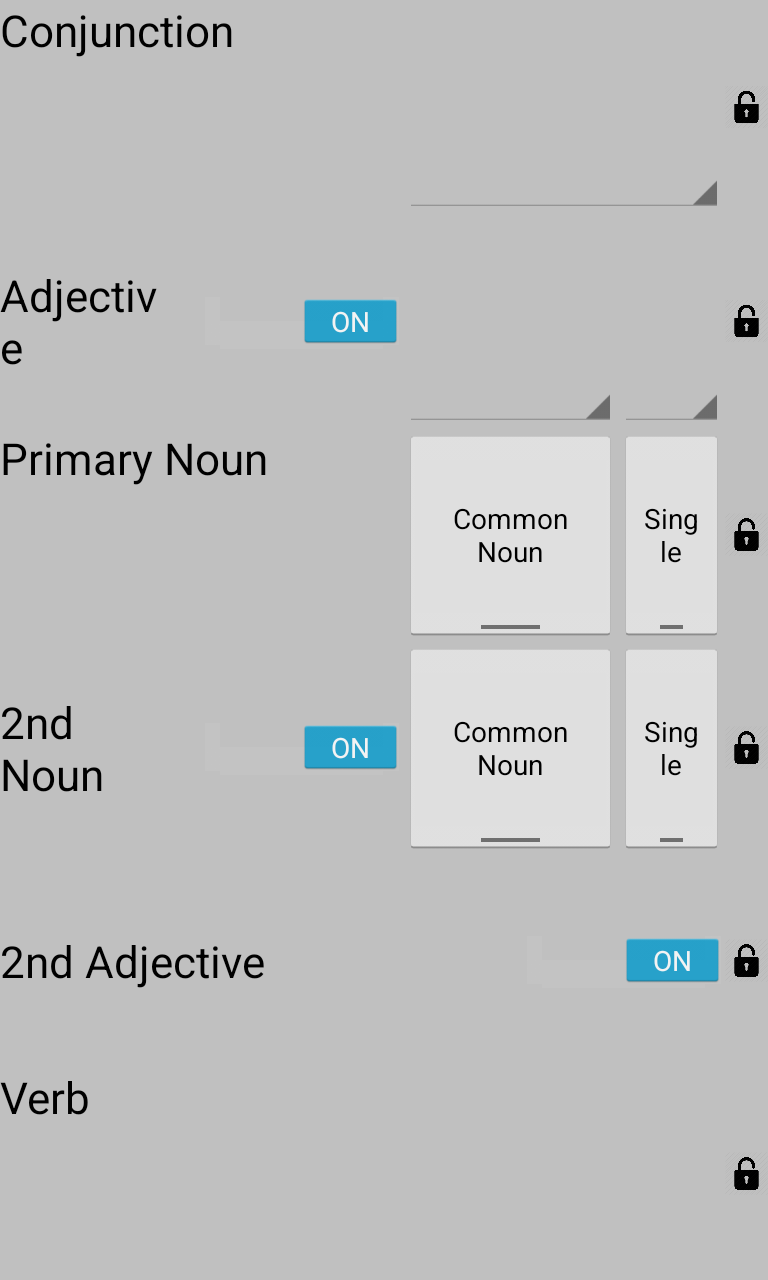
Repository: TheDizzler/TableTopTools
Layout: RPGTools/res/layout/fragment_cause_controls.xml
An editor plug-in stored every save of this project. The layout is shown before and after the next save, followed by the edit.
It is drawn on a 768 x 1280 px phone screen (xhdpi) without system bars, with theme AppTheme; the app's code is not run.

Above is the layout before, as saved 2017-03-22 09:34:31.

### RPGTools/res/layout/fragment_cause_controls.xml
<?xml version="1.0" encoding="utf-8"?>
<TableLayout xmlns:android="http://schemas.android.com/apk/res/android"
    android:layout_width="match_parent"
    android:layout_height="match_parent"
    android:background="#C0C0C0"
    android:dividerPadding="10dp"
    android:measureWithLargestChild="true"
    android:orientation="vertical"
    android:showDividers="beginning"
    android:weightSum="6" >

    <TableRow
        android:id="@+id/tableRow1_conjunction"
        android:layout_width="match_parent"
        android:layout_height="wrap_content"
        android:layout_weight="1"
        android:dividerPadding="10dp"
        android:showDividers="beginning"
        android:weightSum="4" >

        <TextView
            android:id="@+id/textView1"
            android:layout_width="wrap_content"
            android:layout_height="match_parent"
            android:layout_span="1"
            android:layout_weight="1"
            android:text="Conjunction"
            android:textAppearance="?android:attr/textAppearanceLarge" />

        <Spinner
            android:id="@+id/spinner_Conjunctions"
            android:layout_width="wrap_content"
            android:layout_height="match_parent"
            android:layout_span="2"
            android:layout_weight="1" />

        <ImageView
            android:id="@+id/lockBtn_conj"
            android:layout_width="32dp"
            android:layout_height="match_parent"
            android:layout_span="1"
            android:layout_weight="1"
            android:src="@drawable/unlocked" />
    </TableRow>

    <TableRow
        android:id="@+id/tableRow2_primaryAdj"
        android:layout_width="match_parent"
        android:layout_height="wrap_content"
        android:layout_weight="1"
        android:weightSum="4" >

        <Switch
            android:id="@+id/switch_primaryAdjective"
            android:layout_width="wrap_content"
            android:layout_height="match_parent"
            android:layout_span="1"
            android:layout_weight="1"
            android:checked="true"
            android:text="Adjective"
            android:textAppearance="?android:attr/textAppearanceLarge" />

        <Spinner
            android:id="@+id/spinner1"
            android:layout_width="wrap_content"
            android:layout_height="match_parent"
            android:layout_span="1"
            android:layout_weight="1"/>
        <Spinner
            android:id="@+id/spinner2"
            android:layout_width="wrap_content"
            android:layout_height="match_parent"
            android:layout_span="1"
            android:layout_weight="1" />

        <ImageView
            android:id="@+id/lockBtn_primaryAdj"
            android:layout_width="32dp"
            android:layout_height="match_parent"
            android:layout_span="1"
            android:layout_weight="1"
            android:src="@drawable/unlocked" />
    </TableRow>

    <TableRow
        android:id="@+id/tableRow3_primaryNoun"
        android:layout_width="match_parent"
        android:layout_height="wrap_content"
        android:layout_weight="1"
        android:weightSum="4" >

        <TextView
            android:id="@+id/textView3"
            android:layout_width="wrap_content"
            android:layout_height="match_parent"
            android:layout_span="1"
            android:layout_weight="1"
            android:text="Primary Noun"
            android:textAppearance="?android:attr/textAppearanceLarge" />

        <ToggleButton
            android:id="@+id/toggleBtn_primaryNounProper"
            android:layout_width="wrap_content"
            android:layout_height="match_parent"
            android:layout_span="1"
            android:layout_weight="1"
            android:textOff="Common Noun"
            android:textOn="Proper Noun" />

        <ToggleButton
            android:id="@+id/toggleBtn_primaryNounPlural"
            android:layout_width="wrap_content"
            android:layout_height="match_parent"
            android:layout_span="1"
            android:layout_weight="1"
            android:textOff="Single"
            android:textOn="Plural" />

        <ImageView
            android:id="@+id/lockBtn_primaryNoun"
            android:layout_width="32dp"
            android:layout_height="match_parent"
            android:layout_span="1"
            android:layout_weight="1"
            android:src="@drawable/unlocked" />
    </TableRow>

    <TableRow
        android:id="@+id/tableRow4_secondaryNoun"
        android:layout_width="match_parent"
        android:layout_height="wrap_content"
        android:layout_weight="1"
        android:weightSum="4" >

        <Switch
            android:id="@+id/switch_secondaryNoun"
            android:layout_width="wrap_content"
            android:layout_height="match_parent"
            android:layout_span="1"
            android:layout_weight="1"
            android:checked="true"
            android:text="2nd Noun"
            android:textAppearance="?android:attr/textAppearanceLarge" />

        <ToggleButton
            android:id="@+id/toggleBtn_secondaryNounProper"
            android:layout_width="wrap_content"
            android:layout_height="match_parent"
            android:layout_span="1"
            android:layout_weight="1"
            android:textOff="Common Noun"
            android:textOn="Proper Noun" />

        <ToggleButton
            android:id="@+id/toggleBtn_secondaryNounPlural"
            android:layout_width="wrap_content"
            android:layout_height="match_parent"
            android:layout_span="1"
            android:layout_weight="1"
            android:textOff="Single"
            android:textOn="Plural" />

        <ImageView
            android:id="@+id/lockBtn_secondaryNoun"
            android:layout_width="32dp"
            android:layout_height="match_parent"
            android:layout_span="1"
            android:layout_weight="1"
            android:src="@drawable/unlocked" />
    </TableRow>

    <TableRow
        android:id="@+id/tableRow5_secondaryAdj"
        android:layout_width="match_parent"
        android:layout_height="wrap_content"
        android:layout_weight="1"
        android:weightSum="4" >

        <Switch
            android:id="@+id/switch_secondaryAdjective"
            android:layout_width="wrap_content"
            android:layout_height="match_parent"
            android:layout_span="3"
            android:layout_weight="1"
            android:checked="true"
            android:text="2nd Adjective"
            android:textAppearance="?android:attr/textAppearanceLarge" />

        <ImageView
            android:id="@+id/lockBtn_secondaryAdjective"
            android:layout_width="32dp"
            android:layout_height="match_parent"
            android:layout_span="1"
            android:layout_weight="1"
            android:src="@drawable/unlocked" />
    </TableRow>

    <TableRow
        android:id="@+id/tableRow6_causeVerb"
        android:layout_width="match_parent"
        android:layout_height="wrap_content"
        android:layout_weight="1"
        android:weightSum="4" >

        <TextView
            android:id="@+id/textView_causeVerb"
            android:layout_width="wrap_content"
            android:layout_height="match_parent"
            android:layout_span="3"
            android:layout_weight="1"
            android:text="Verb"
            android:textAppearance="?android:attr/textAppearanceLarge" />

        <ImageView
            android:id="@+id/lockBtn_causeVerb"
            android:layout_width="32dp"
            android:layout_height="match_parent"
            android:layout_span="1"
            android:layout_weight="1"
            android:src="@drawable/unlocked" />
    </TableRow>

</TableLayout>

Loaded but not shown: RPGTools/res/values/styles.xml (common file); RPGTools/res/values-v11/styles.xml (common file); RPGTools/res/values-v14/styles.xml (common file)

After the next save:
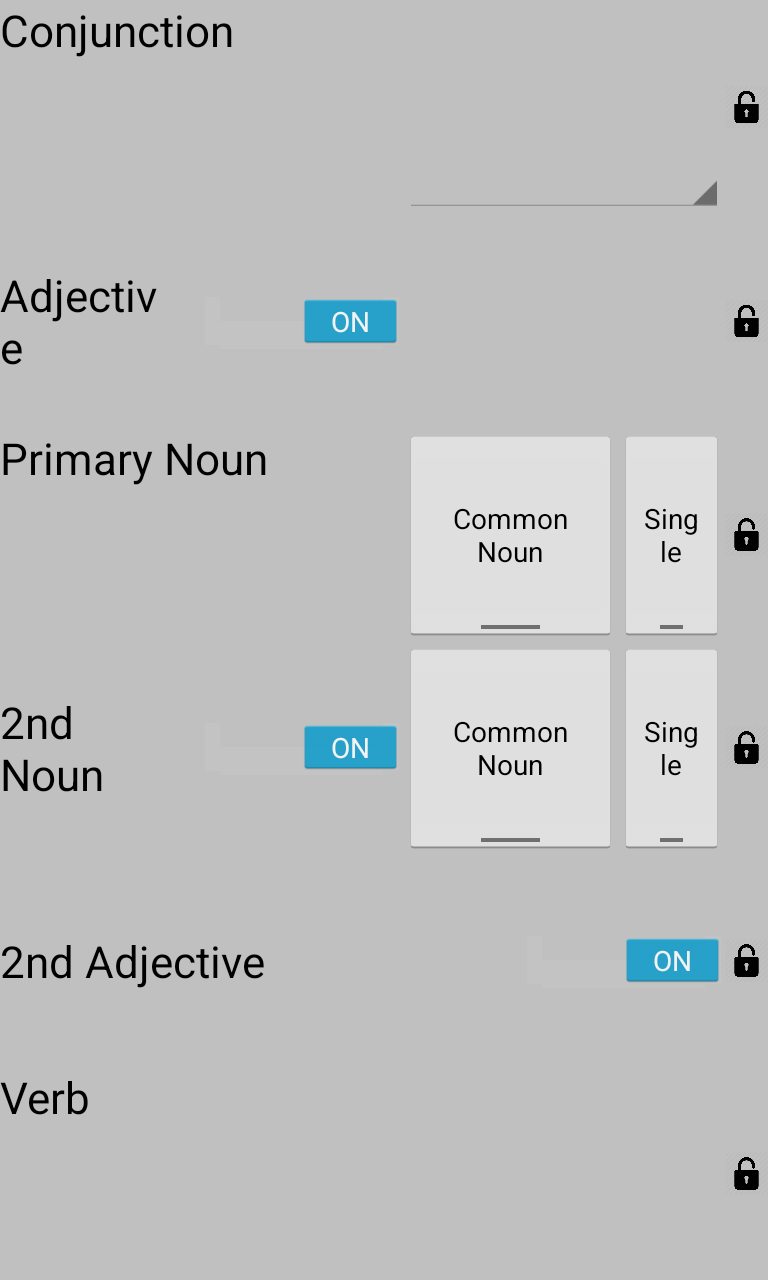
Saved 39 s later.
--- a/RPGTools/res/layout/fragment_cause_controls.xml
+++ b/RPGTools/res/layout/fragment_cause_controls.xml
@@ -64,12 +64,14 @@
             android:id="@+id/spinner1"
             android:layout_width="wrap_content"
             android:layout_height="match_parent"
+            android:visibility="invisible"
             android:layout_span="1"
             android:layout_weight="1"/>
         <Spinner
             android:id="@+id/spinner2"
             android:layout_width="wrap_content"
             android:layout_height="match_parent"
+            android:visibility="invisible"
             android:layout_span="1"
             android:layout_weight="1" />
 
